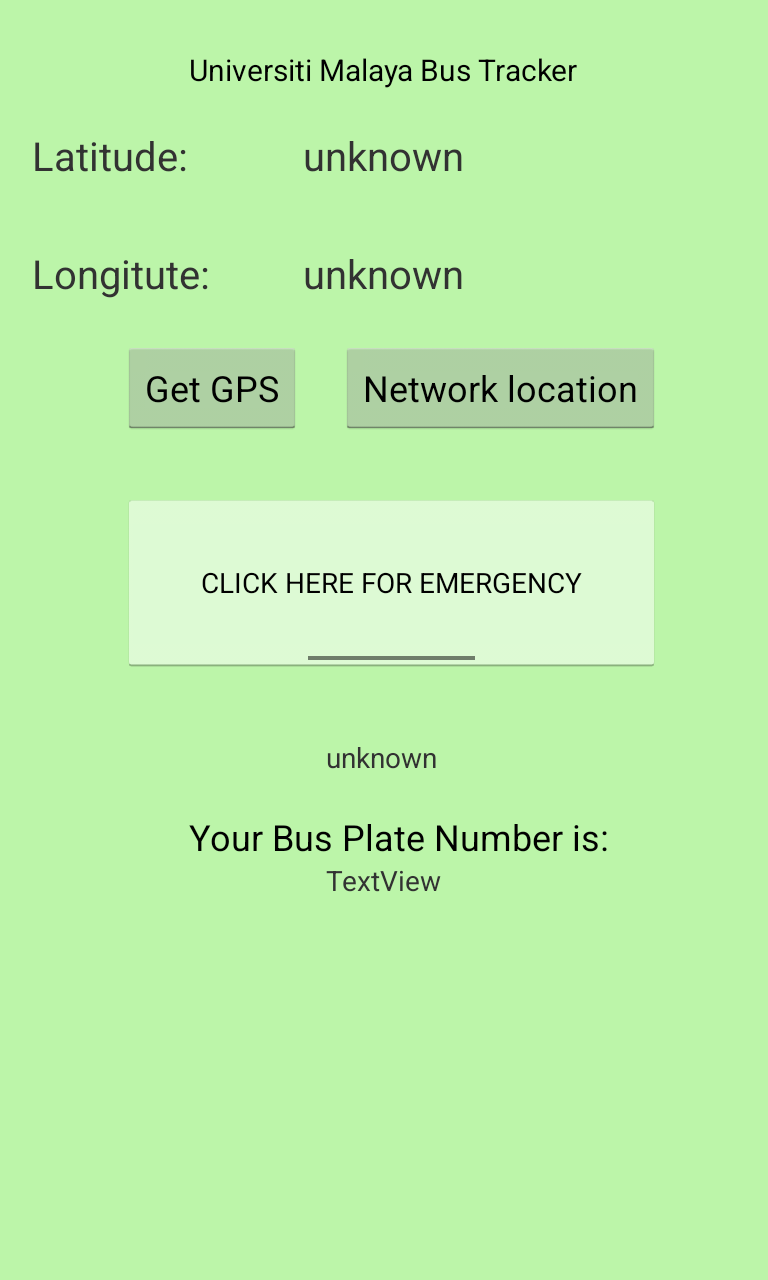
Repository: patheon17/myrepo2
Layout: workspace/UMBusTracker/res/layout/activity_main.xml
These files come from the project's save history. The layout is drawn as it stood at one moment and after the next save; the edit follows.
It is drawn on a 768 x 1280 px phone screen (xhdpi) without system bars, with theme AppTheme; the app's code is not run.

Above is the layout before, as saved 2013-09-30 11:36:38.

After the next save:
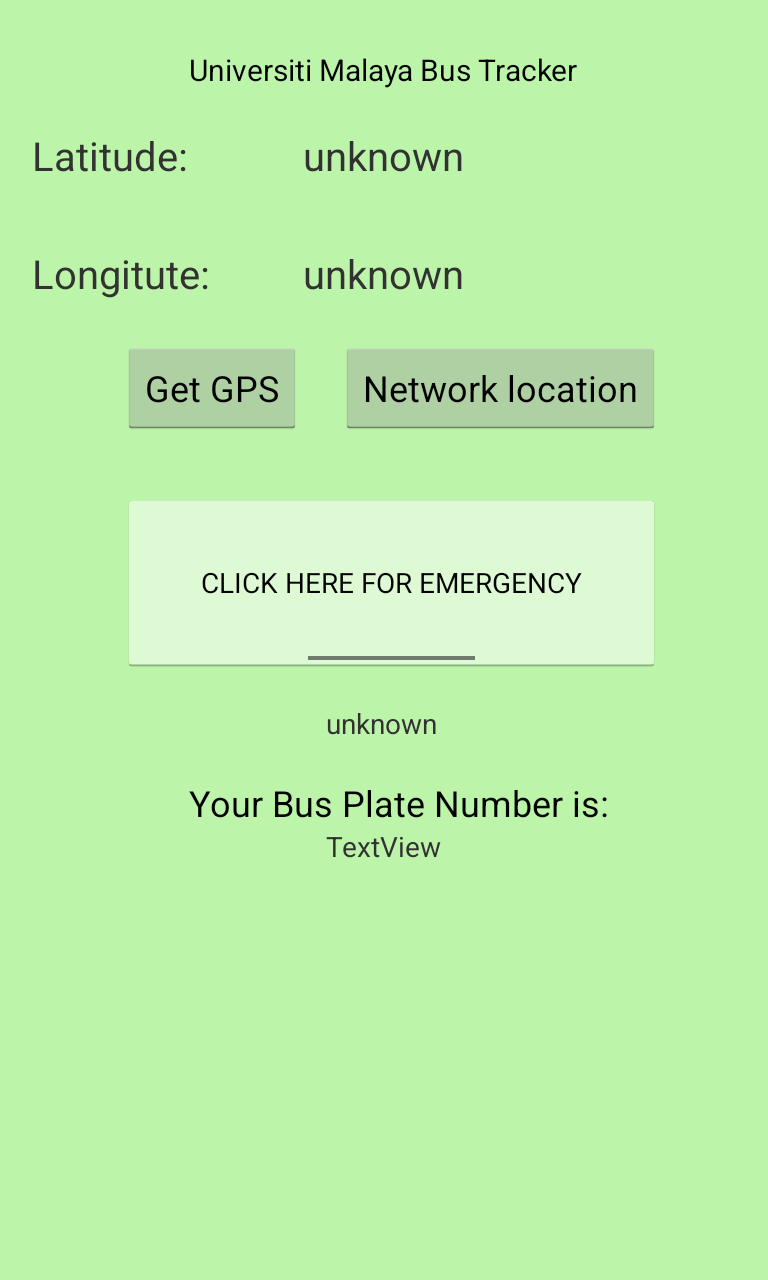
Saved 62 s later.
--- a/workspace/UMBusTracker/res/layout/activity_main.xml
+++ b/workspace/UMBusTracker/res/layout/activity_main.xml
@@ -86,18 +86,8 @@
         android:layout_below="@+id/button2"
         android:layout_marginTop="28dp"
         android:text="ToggleButton"
-        android:textOn="EMERGENCY, Click again to deactivate"
+        android:textOn="EMERGENCY!!, Click again to deactivate"
         android:textOff="CLICK HERE FOR EMERGENCY" />
-
-    <TextView
-        android:id="@+id/textView2"
-        android:layout_width="wrap_content"
-        android:layout_height="wrap_content"
-        android:layout_alignLeft="@+id/title"
-        android:layout_below="@+id/providerlist"
-        android:layout_marginTop="18dp"
-        android:text="Your Bus Plate Number is:"
-        android:textAppearance="?android:attr/textAppearanceMedium" />
 
     <TextView
         android:id="@+id/textView1"
@@ -113,8 +103,18 @@
         android:layout_height="wrap_content"
         android:layout_alignLeft="@+id/textView1"
         android:layout_below="@+id/toggleButton1"
-        android:layout_marginTop="33dp"
+        android:layout_marginTop="16dp"
         android:text="@string/providerslist"
         android:textAppearance="?android:attr/textAppearanceSmall" />
 
+    <TextView
+        android:id="@+id/textView2"
+        android:layout_width="wrap_content"
+        android:layout_height="wrap_content"
+        android:layout_alignLeft="@+id/title"
+        android:layout_below="@+id/providerlist"
+        android:layout_marginTop="18dp"
+        android:text="Your Bus Plate Number is:"
+        android:textAppearance="?android:attr/textAppearanceMedium" />
+
 </RelativeLayout>
